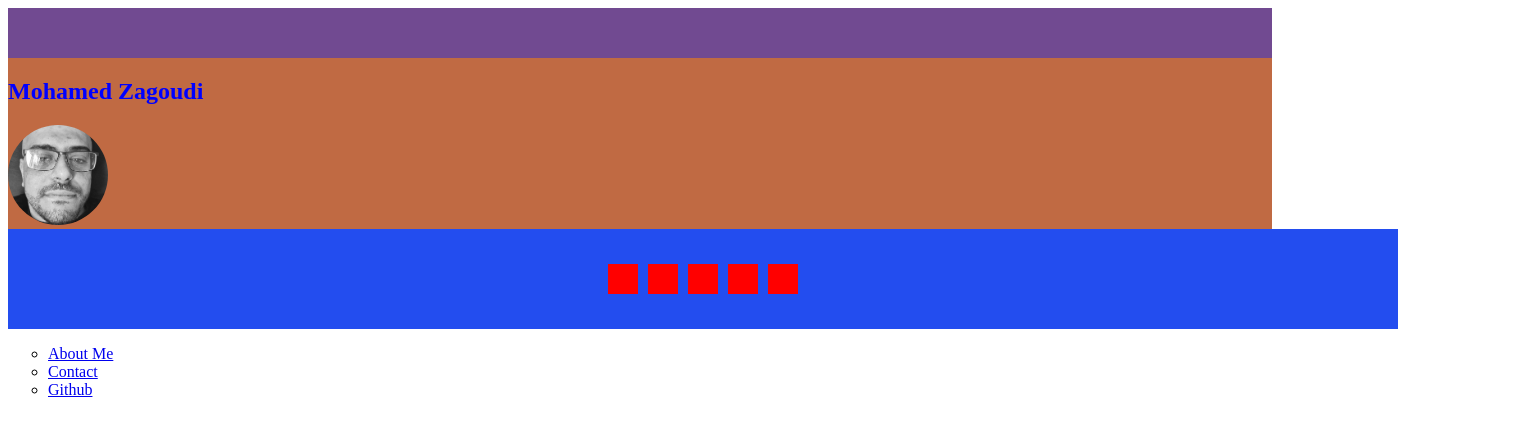
Repository: Mohzagou/Eersteportofolio
Page: index.html
An editor plug-in stored every save of this project. The page is shown before and after the next save, followed by the edit.
The browser window is 1280 px wide. The page is 1398 px wide, then 1537 px, so the pictures cover 1537 px, including what lies to the right of the window. The pictures show the whole page.

Above is the page before, as saved 2022-06-07 22:35:34.

### index.html
<!DOCTYPE html>


<head>
    <link rel="stylesheet" href="styles.css" />
    <meta charset="UTF-8">

    <title>Document</title>
</head>

<body>

    <header></header>
    <div class="about-me">
        <h2 id="name">Mohamed Zagoudi</h2>
        <img class="avatar" src="images/67gwzvy.jpeg" alt="Mohamed Zagoudi headshot">


        <section>
            <div class="test"></div>
            <div class="test"></div>
            <div class="test"></div>
            <div class="test"></div>
            <div class="test"></div>
        </section>
        <footer>
            <ul style="list-style-type: circle ">
                <li><a href=" ">About Me</a></li>
                <li><a href=" ">Contact</a></li>
                <li><a href="https://github.com/Mohzagou ">Github</a></li>

            </ul>

        </footer>



</body>



</html>

### styles.css
body {
    display: flex;
    flex-direction: column;
}

header {
    width: 100%;
    height: 50px;
    background-color: rgb(113, 74, 145);
}

section {
    width: 110%;
    height: 100px;
    background-color: #234def;
    display: flex;
    align-items: center;
    justify-content: center;
}

.about-me {
    width: 100%;
    height: 200px;
    background-color: rgb(177, 69, 21, 0.8);
    /*margin: 10px 0 10px 0;
    border: solid black 10px;
    border-radius: 15px;*/
}

.avatar {
    width: 100px;
    border-radius: 50px;
}

#name {
    color: blue;
}

.test {
    width: 30px;
    height: 30px;
    background-color: red;
    margin: 5px;
}

After the next save:
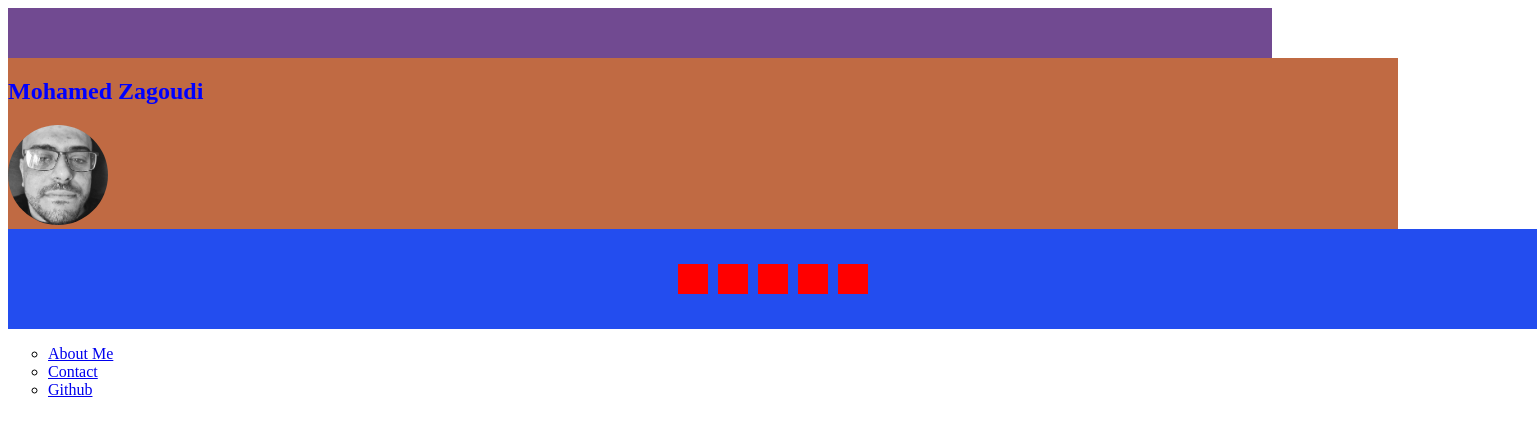
Saved 22 s later.
--- a/styles.css
+++ b/styles.css
@@ -4,7 +4,7 @@ body {
 }
 
 header {
-    width: 100%;
+    width: 110;
     height: 50px;
     background-color: rgb(113, 74, 145);
 }
@@ -19,7 +19,7 @@ section {
 }
 
 .about-me {
-    width: 100%;
+    width: 110%;
     height: 200px;
     background-color: rgb(177, 69, 21, 0.8);
     /*margin: 10px 0 10px 0;
